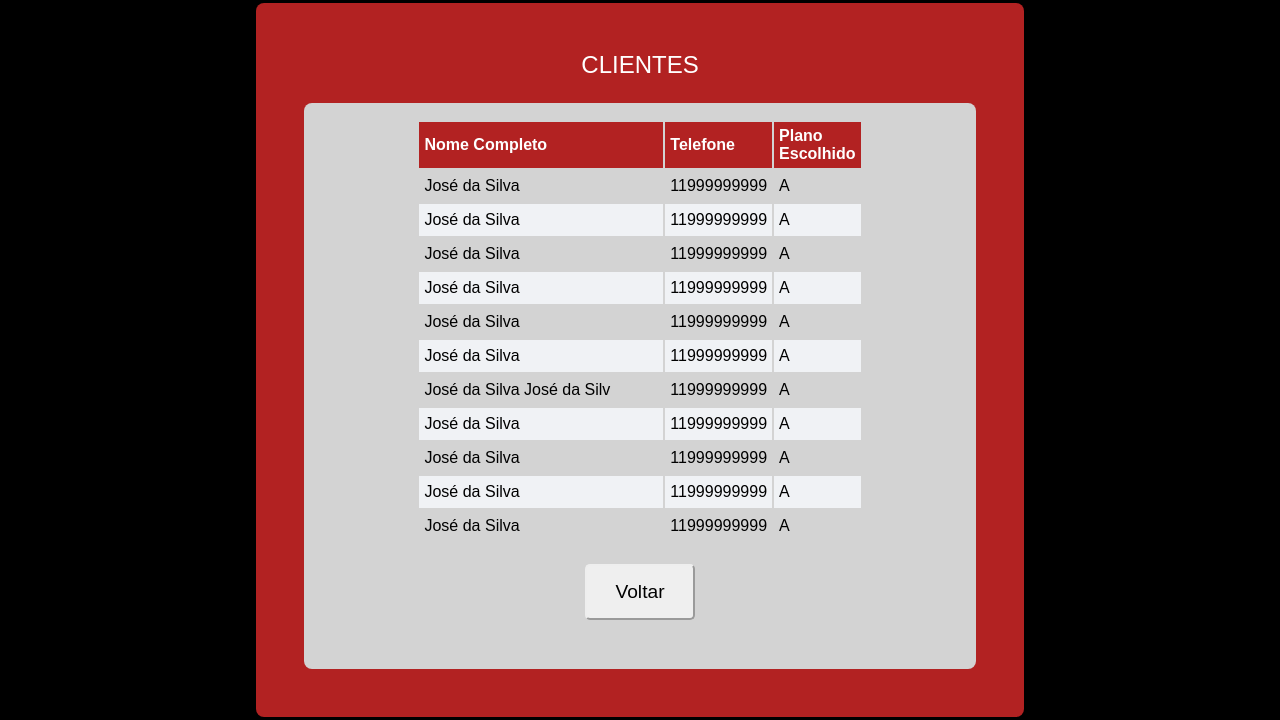
Repository: samantaProspero/projeto_integrador
Page: Versão Atual/PI_Vanila/clientes.html
The author's editor kept a copy of each file at every save. The page is drawn from the files as they stood at one save, then again after the next save.
The browser window is 1280 px wide. The pictures show the whole page.

Above is the page before, as saved 2021-11-06 15:00:19.

### Versão Atual/PI_Vanila/clientes.html
<!DOCTYPE html>
<html lang="pt-BR">
<head>
  <meta charset="UTF-8">
  <meta http-equiv="X-UA-Compatible" content="IE=edge">
  <meta name="viewport" content="width=device-width, initial-scale=1.0">
  <link rel="stylesheet" type="text/css" href="_css/global.css">
  <link rel="stylesheet" type="text/css" href="_css/clientes.css">
  <title>D Lions</title>
</head>
<body id="clientes-container">
  <section class="clientes-content">
    <p>CLIENTES</p>
    <nav class="clientes-painel">
      <div class="clientes-lista">

        <div class="area-clientes">
          <table>
            <thead>
              <th>Nome Completo</th>
              <th>Telefone</th>
              <th>Plano Escolhido</th>
            </thead>
            <tbody>
              <tr>
                <td>José da Silva</td>
                <td>11999999999</td>
                <td>A</td>
              </tr>
              <tr>
                <td>José da Silva</td>
                <td>11999999999</td>
                <td>A</td>
              </tr>
              <tr>
                <td>José da Silva</td>
                <td>11999999999</td>
                <td>A</td>
              </tr>
              <tr>
                <td>José da Silva</td>
                <td>11999999999</td>
                <td>A</td>
              </tr>
              <tr>
                <td>José da Silva</td>
                <td>11999999999</td>
                <td>A</td>
              </tr>
              <tr>
                <td>José da Silva</td>
                <td>11999999999</td>
                <td>A</td>
              </tr>
              <tr>
                <td>José da Silva José da Silv</td>
                <td>11999999999</td>
                <td>A</td>
              </tr>
              <tr>
                <td>José da Silva</td>
                <td>11999999999</td>
                <td>A</td>
              </tr>
              <tr>
                <td>José da Silva</td>
                <td>11999999999</td>
                <td>A</td>
              </tr>
              <tr>
                <td>José da Silva</td>
                <td>11999999999</td>
                <td>A</td>
              </tr>
              <tr>
                <td>José da Silva</td>
                <td>11999999999</td>
                <td>A</td>
              </tr>
            </tbody>
          </table>
            <button>Voltar</button>
        </div>
      </div>
    </nav>
  </section>
</body>
</html>

### Versão Atual/PI_Vanila/_css/global.css
  :root{
    --red: #E52E4D;
    --green: #33CC95;
    --blue: #5429CC;
    --blue-light: #6933FF;
    --text-title: #363F5F;
    --text-body: #969CB2;
    --background: #f0f2f5;
    --shape: #FFFFFF;
    --primary_dark: #363F5F;
  --secondary_dark: #000000;
    --primary: #FF0000;
    --bg_home: #B22222;
    --bg_cadastro:#A52A2A;
    --icon: #6495ED;
    --bg_frame: #D3D3D3;
  }
  /* font verdana 8 bold */

  *{
    margin: 0;
    padding: 0;
    box-sizing: border-box;
  }

  /* // font-size: 16px (Desktop) */
  html{
    @media (max-width: 1080px){
      font-size: 93.75%; //15px
    }
    @media (max-width: 720px){
      font-size: 87.5%;  //14px
    }
  }
  /* //REM = 1rem = 16px */
  body{
    background: var(--secondary_dark);
    -webkit-font-smoothing: antialiased;
  }

  body, input, textarea, button {
    font-family: 'Poppins', sans-serif;
    font-weight: 400;
  }

  h1, h2, h3, h4, h5, h6, strong {
    font-weight: 600;
  }

  button {
    cursor: pointer;
  }



  /* [disabled] {
    opacity: 0.6;
    cursor: not-allowed;
  }

  .react-modal-overlay{
    background: rgba(0,0,0,0.5);
    position: fixed;

    top: 0;
    bottom: 0;
    right: 0;
    left: 0;

    display: flex;
    align-items: center;
    justify-content: center;
  }

  .react-modal-content{
    width: 100%;
    max-width: 576px;
    background: var(--background);
    padding: 3rem;
    position: relative;
    border-radius: 0.25rem;
  }

  .react-modal-close{
    position: absolute;
    right: 1.5rem;
    top: 1.5rem;
    border: 0;
    background: transparent;
    transition: 0.2s; */

    /* &:hover{
      filter: brightness(0.9)
    }
  } */

### Versão Atual/PI_Vanila/_css/clientes.css
#clientes-container {
  width: 100vw;
  height: 100vh;
  display: flex;
  flex-direction: column;
  align-items: center;
  justify-content: center;
}
.clientes-content {
  width: 60vw;
  max-width: 1000px;
  display: flex;
  flex-direction: column;
  justify-content: center;
  align-items: center;
  padding: 3rem;
  border-radius: 8px;
  background-color: var(--bg_home);
}
.clientes-content p {
  color: var(--shape);
  font-size: 1.5rem;
  text-align: center;
  padding-bottom: 1.5rem;
}
.clientes-painel {
  width: 100%;
}
.clientes-lista {
  width: 100%;
  background-color: var(--bg_frame);
  display: flex;
  justify-content: space-around;
  align-items: center;
  padding: 1.5rem;
  border-radius: 8px;

  padding-top: 0.7rem;
}

.area-clientes {
  overflow-x:auto;
  display: flex;
  flex-direction: column;
  align-items: center;
  justify-content: space-between;
  padding: 5px;

}
.area-clientes table {
  width: 100%;
}
.area-clientes table th, td{
  text-align: left;

  padding: 5px;
}
.area-clientes table thead{
  background-color: var(--bg_home);
  /* opacity: 0.8; */
  height: 2.5rem;
  color: var(--shape);
}
.area-clientes table td{
  height: 2rem;
  width: 100%;
}

.area-clientes tr:nth-child(even) {
  background-color: var(--background)
}
.area-clientes tr:hover {
  background-color: var(--bg_home);
  color: var(--shape);
}
/* .area-clientes label {
  color: var(--text-title);
  font-size: 1.2rem;
} */
/* .area-clientes  input {
  height: 1.5rem;
  padding: 0.8rem;
  margin-left: 1rem;
  border-radius: 5px;
  font-size: 1rem;
  color: var(--text-title);
  border-color: var(--text);
} */

.area-clientes  button{
  /* width: 8rem; */
  height: 3.5rem;
  font-size: 1.2rem;
  padding: 0.8rem 1.8rem;
  border-radius: 5px;
  margin: 20px;
  border-color: var(--text);
}

After the next save:
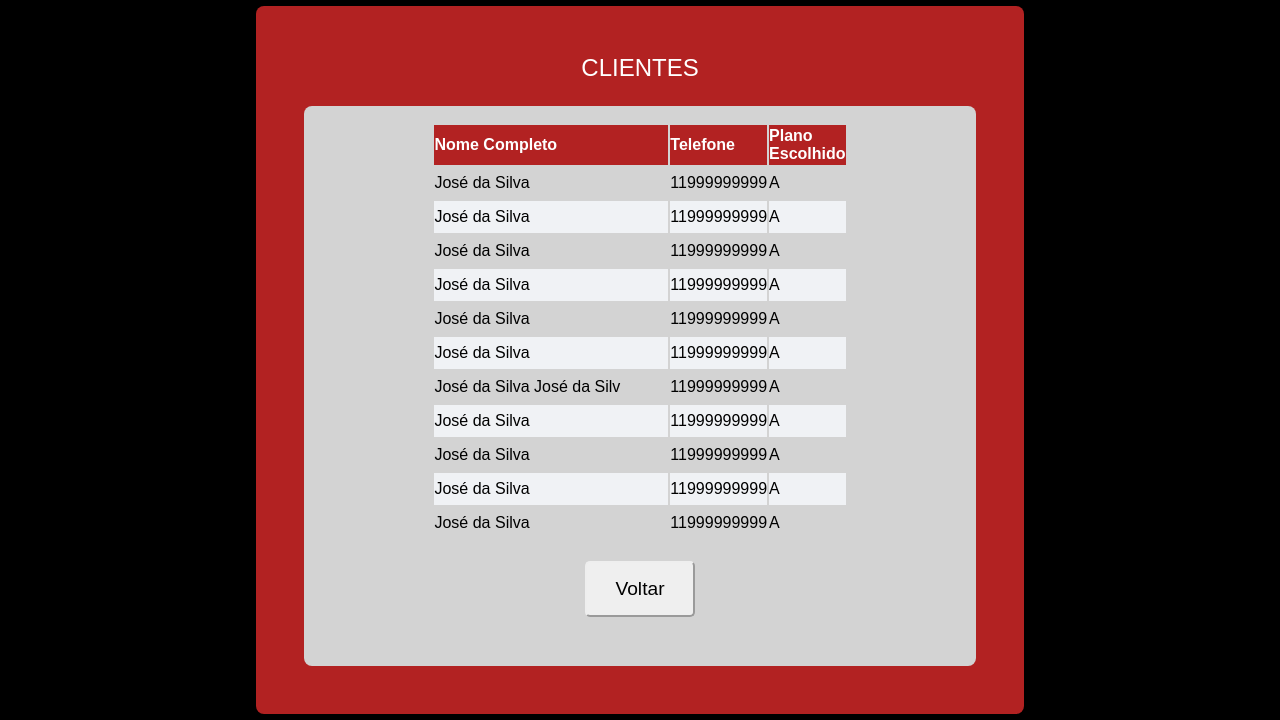
Saved 4 s later.
--- a/Versão Atual/PI_Vanila/_css/clientes.css
+++ b/Versão Atual/PI_Vanila/_css/clientes.css
@@ -52,7 +52,7 @@
 }
 .area-clientes table th, td{
   text-align: left;
-
+  text
   padding: 5px;
 }
 .area-clientes table thead{

After the 4 saves that followed:
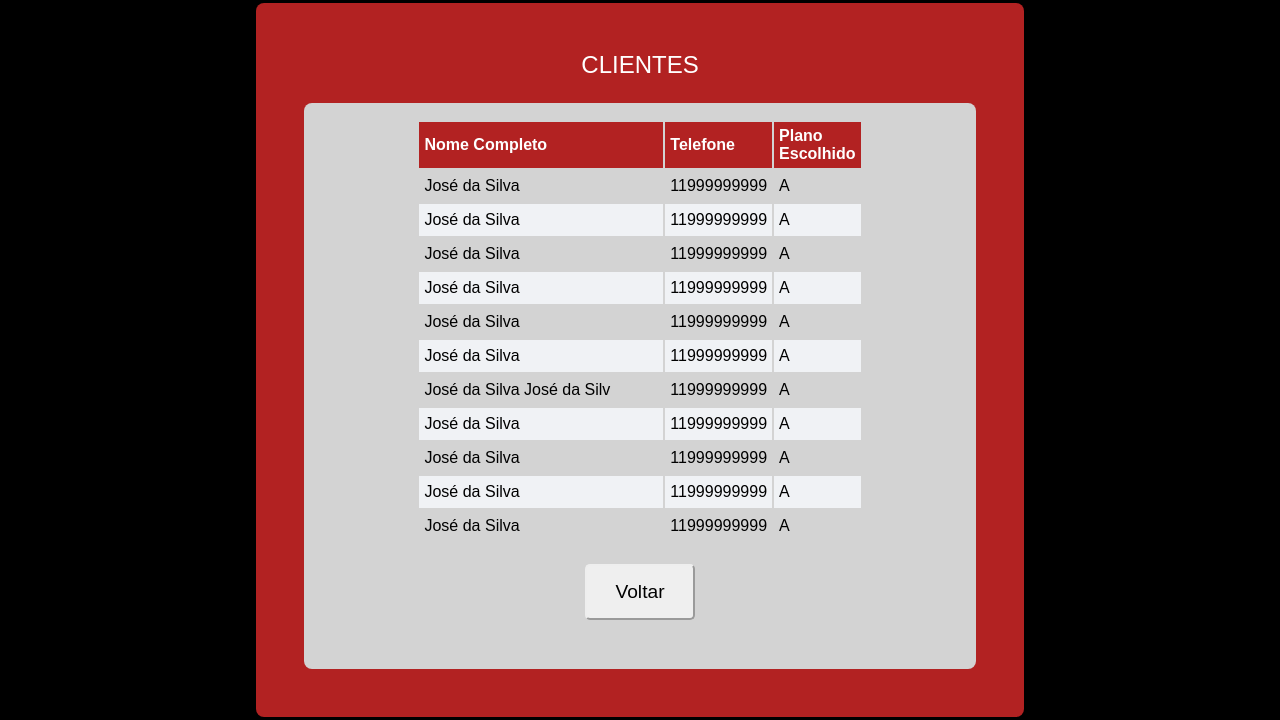
The 4 saves are shown as one change because they came seconds apart.
The last was saved 19 s later.
--- a/Versão Atual/PI_Vanila/_css/clientes.css
+++ b/Versão Atual/PI_Vanila/_css/clientes.css
@@ -52,7 +52,7 @@
 }
 .area-clientes table th, td{
   text-align: left;
-  text
+  color: var();
   padding: 5px;
 }
 .area-clientes table thead{
